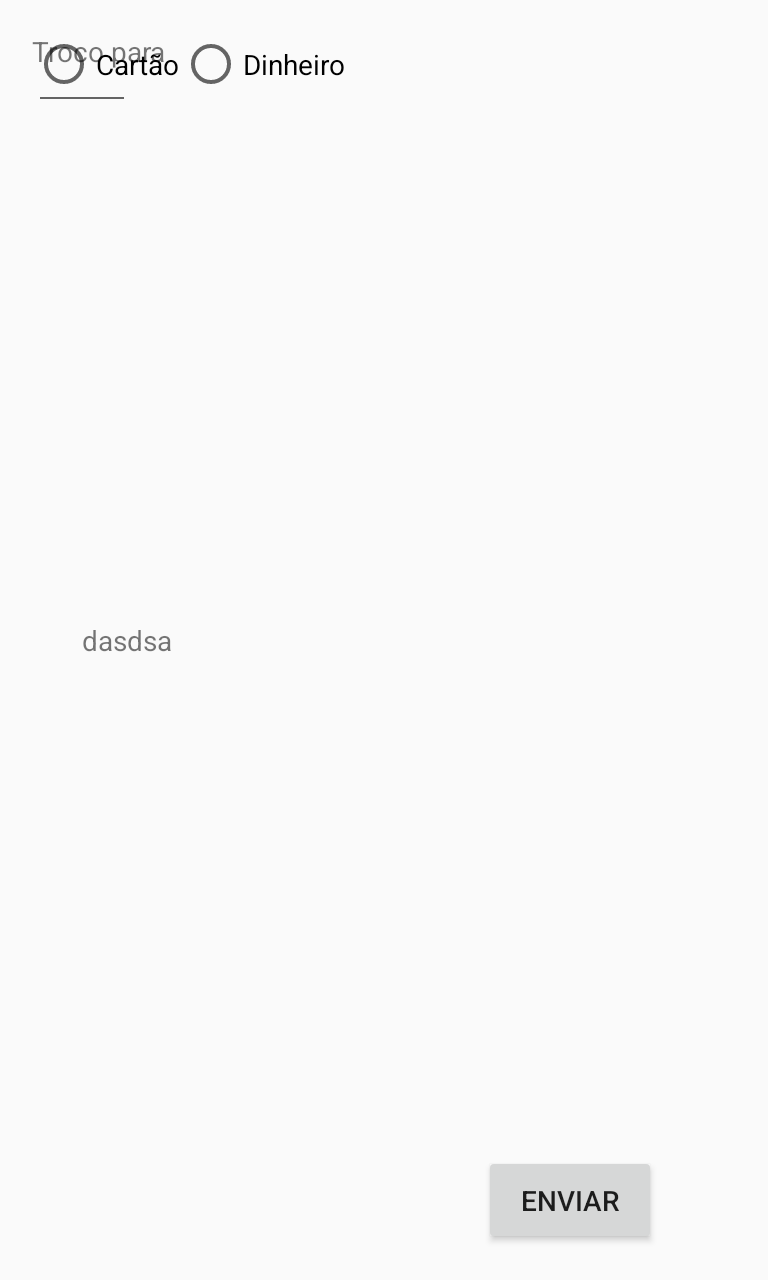
Repository: anzileiro/iot-mobilecup
Layout: iCinema/res/layout/activity_pedido.xml
The author's editor kept a copy of each file at every save. The layout is drawn from the files as they stood at one save, then again after the next save.
It is drawn on a 768 x 1280 px phone screen (xhdpi) without system bars, with theme AppTheme; the app's code is not run. Lists and similar views that code fills are empty.

Above is the layout before, as saved 2014-10-30 05:24:25.

### iCinema/res/layout/activity_pedido.xml
<RelativeLayout xmlns:android="http://schemas.android.com/apk/res/android"
    xmlns:tools="http://schemas.android.com/tools"
    android:layout_width="match_parent"
    android:layout_height="match_parent"
    android:paddingBottom="@dimen/activity_vertical_margin"
    android:paddingLeft="@dimen/activity_horizontal_margin"
    android:paddingRight="@dimen/activity_horizontal_margin"
    android:paddingTop="@dimen/activity_vertical_margin"
    tools:context=".PedidoActivity" >

    <ListView
        android:id="@id/android:list"
        android:layout_width="match_parent"
        android:layout_height="50" />

    <RadioGroup
        android:id="@+id/rgrFormaPagamento"
        android:layout_width="wrap_content"
        android:layout_height="wrap_content"
        android:orientation="horizontal" >

        <RadioButton
            android:id="@+id/rbuCartao"
            android:layout_width="wrap_content"
            android:layout_height="wrap_content"
            android:text="Cartão" />

        <RadioButton
            android:id="@+id/rbuDinheiro"
            android:layout_width="wrap_content"
            android:layout_height="wrap_content"
            android:text="Dinheiro" />
    </RadioGroup>

    <TextView
        android:layout_width="wrap_content"
        android:layout_height="wrap_content"
        android:text="Troco para" />

    <EditText
        android:id="@+id/eteTrocoPara"
        android:layout_width="50dp"
        android:layout_height="wrap_content"
        android:ems="10"
        android:inputType="number" />

    <TextView
        android:id="@+id/txtTotal"
        android:layout_width="wrap_content"
        android:layout_height="wrap_content"
        android:layout_alignParentLeft="true"
        android:layout_centerVertical="true"
        android:layout_marginLeft="25dp"
        android:gravity="bottom|left"
        android:text="dasdsa" />

    <Button
        android:id="@+id/button1"
        android:layout_width="wrap_content"
        android:layout_height="wrap_content"
        android:layout_alignParentBottom="true"
        android:layout_alignParentRight="true"
        android:layout_marginRight="39dp"
        android:onClick="enviar"
        android:text="Enviar" />

</RelativeLayout>

Loaded but not shown: iCinema/res/values/styles.xml (common file); iCinema/res/values-v11/styles.xml (common file); iCinema/res/values-v14/styles.xml (common file); iCinema/res/values/dimens.xml (common file); iCinema/res/values-w820dp/dimens.xml (common file)

After the next save:
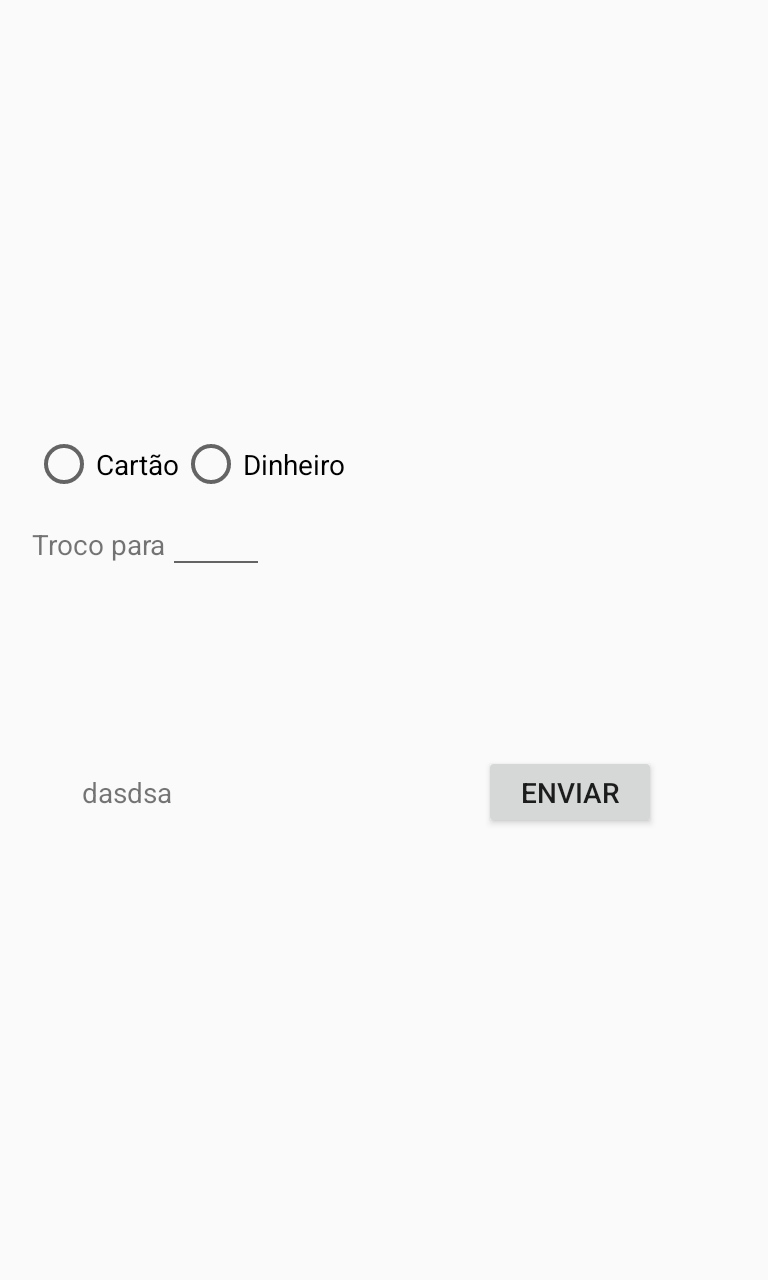
Saved 13 s later.
--- a/iCinema/res/layout/activity_pedido.xml
+++ b/iCinema/res/layout/activity_pedido.xml
@@ -8,60 +8,85 @@
     android:paddingTop="@dimen/activity_vertical_margin"
     tools:context=".PedidoActivity" >
 
-    <ListView
+    <RelativeLayout android:layout_width="match_parent"
+        android:layout_height="200dp"
+        android:id="@+id/lstProduto">
+    	<ListView
         android:id="@id/android:list"
         android:layout_width="match_parent"
-        android:layout_height="50" />
+        android:layout_height="match_parent" />
+    </RelativeLayout>
 
-    <RadioGroup
-        android:id="@+id/rgrFormaPagamento"
-        android:layout_width="wrap_content"
-        android:layout_height="wrap_content"
-        android:orientation="horizontal" >
 
-        <RadioButton
-            android:id="@+id/rbuCartao"
-            android:layout_width="wrap_content"
-            android:layout_height="wrap_content"
-            android:text="Cartão" />
+    <LinearLayout android:layout_width="match_parent"
+        android:layout_height="200dp"
+        android:layout_below="@id/lstProduto"
+        android:orientation="vertical"
+        android:layout_weight="0.3">
+    	<LinearLayout android:layout_width="match_parent"
+    	    android:layout_height="0dp"
+    	    android:layout_weight="0.8"
+    	    android:orientation="vertical">
+       	    <RadioGroup android:orientation="horizontal"
+       	        android:id="@+id/rgrFormaPagamento"
+       	        android:layout_width="wrap_content"
+       	        android:layout_height="wrap_content">
+       	        <RadioButton android:layout_width="wrap_content"
+       	            android:layout_height="wrap_content"
+       	            android:text="Cartão"
+       	            android:id="@+id/rbuCartao"/>
 
-        <RadioButton
-            android:id="@+id/rbuDinheiro"
-            android:layout_width="wrap_content"
-            android:layout_height="wrap_content"
-            android:text="Dinheiro" />
-    </RadioGroup>
+       	        <RadioButton android:layout_width="wrap_content"
+       	            android:layout_height="wrap_content"
+       	            android:text="Dinheiro"
+       	            android:id="@+id/rbuDinheiro"/>
+       	    </RadioGroup>
 
-    <TextView
-        android:layout_width="wrap_content"
-        android:layout_height="wrap_content"
-        android:text="Troco para" />
+       	    <LinearLayout
+       	        android:id="@+id/layTrocoPara"
+       	        android:layout_width="match_parent"
+       	        android:layout_height="wrap_content"
+       	        android:layout_weight="0.2"
+       	        android:orientation="horizontal" >
 
-    <EditText
-        android:id="@+id/eteTrocoPara"
-        android:layout_width="50dp"
-        android:layout_height="wrap_content"
-        android:ems="10"
-        android:inputType="number" />
+       	        <TextView
+       	            android:layout_width="wrap_content"
+       	            android:layout_height="wrap_content"
+       	            android:text="Troco para" />
 
-    <TextView
-        android:id="@+id/txtTotal"
-        android:layout_width="wrap_content"
-        android:layout_height="wrap_content"
-        android:layout_alignParentLeft="true"
-        android:layout_centerVertical="true"
-        android:layout_marginLeft="25dp"
-        android:gravity="bottom|left"
-        android:text="dasdsa" />
+       	        <EditText android:layout_width="50dp"
+       	            android:layout_height="wrap_content"
+       	            android:inputType="number"
+       	            android:id="@+id/eteTrocoPara"/>
+       	    </LinearLayout>
+    	</LinearLayout>
 
-    <Button
-        android:id="@+id/button1"
-        android:layout_width="wrap_content"
-        android:layout_height="wrap_content"
-        android:layout_alignParentBottom="true"
-        android:layout_alignParentRight="true"
-        android:layout_marginRight="39dp"
-        android:onClick="enviar"
-        android:text="Enviar" />
+    	<RelativeLayout
+    	    android:layout_width="match_parent"
+    	    android:layout_height="0dp"
+    	    android:layout_weight="0.2" >
 
+    	    <TextView
+    	        android:id="@+id/txtTotal"
+    	        android:layout_width="wrap_content"
+    	        android:layout_height="wrap_content"
+    	        android:layout_alignParentLeft="true"
+    	        android:layout_centerVertical="true"
+    	        android:layout_marginLeft="25dp"
+    	        android:gravity="bottom|left"
+    	        android:text="dasdsa" />
+
+    	    <Button
+    	        android:id="@+id/button1"
+    	        android:layout_width="wrap_content"
+    	        android:layout_height="wrap_content"
+    	        android:layout_alignParentBottom="true"
+    	        android:layout_alignParentRight="true"
+    	        android:layout_marginRight="39dp"
+    	        android:onClick="enviar"
+    	        android:text="Enviar" />
+
+    	</RelativeLayout>
+
+    </LinearLayout>
 </RelativeLayout>
